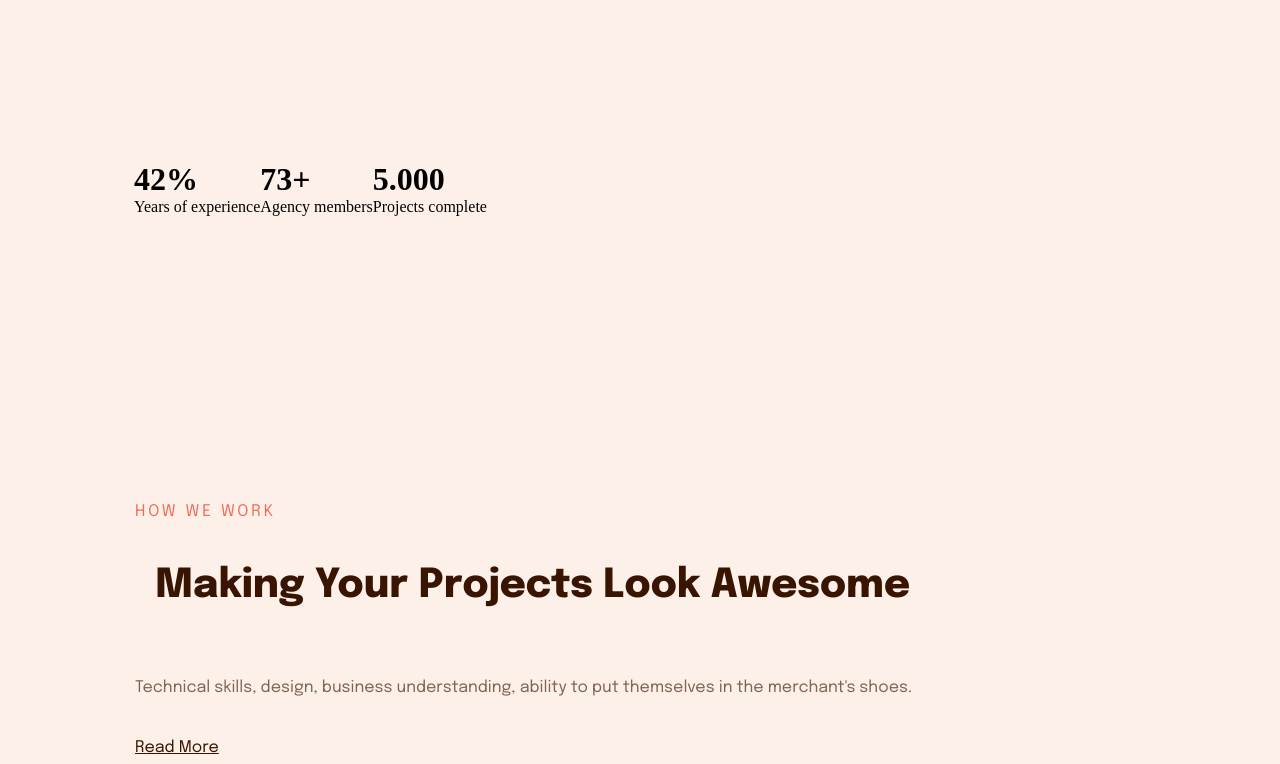
Repository: MehdiKerimov/Figma-task-7
Page: index.html
These files come from the project's save history. The page is drawn as it stood at one moment and after a run of saves; the edit follows.
The browser window is 1280 px wide. The pictures show the whole page.

Above is the page before, as saved 2023-08-30 12:03:31.

After the next 2 saves:
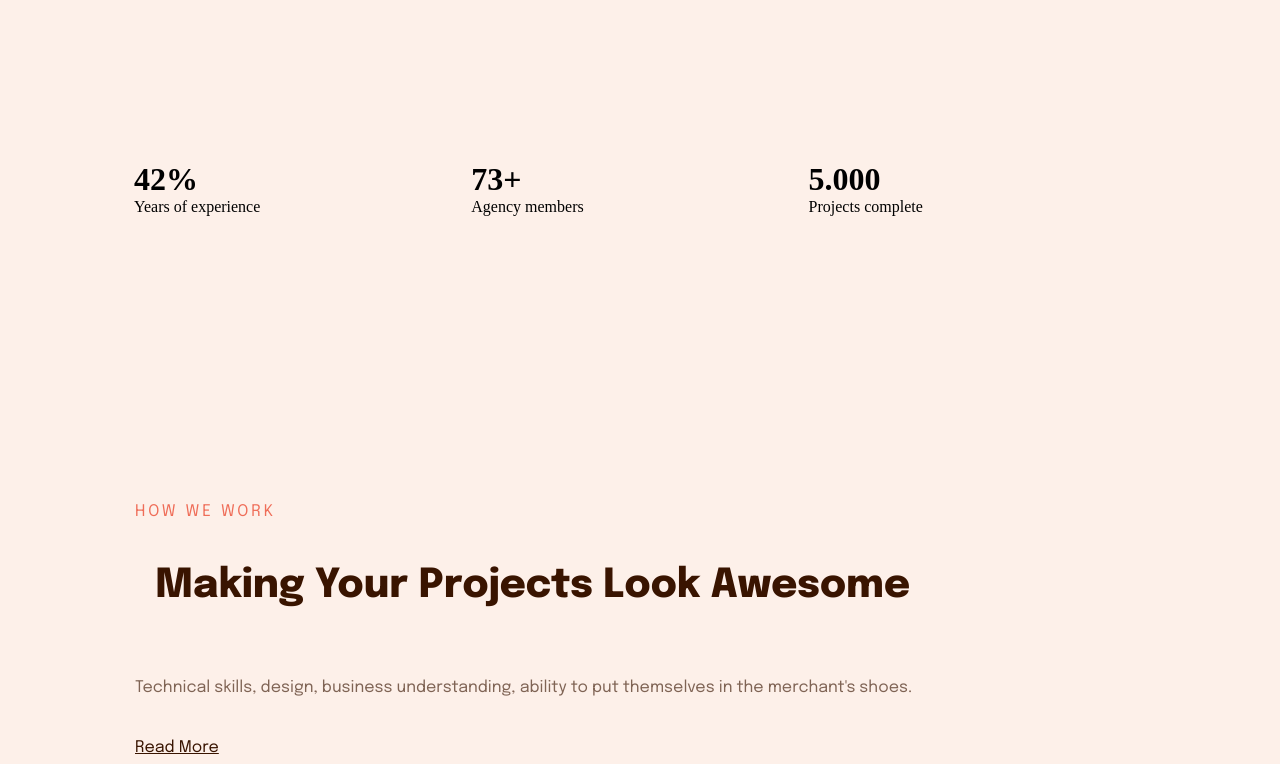
The 2 saves are shown as one change because they came seconds apart.
The last was saved 16 s later.
--- a/index.css
+++ b/index.css
@@ -23,7 +23,7 @@
 }
 .container-1 ul li{
     list-style-type: none;
-
+    width: 33.33%;
 }
 .container-1 .box-1 li h1 {
   padding: 45px 0px 13px 48px;
